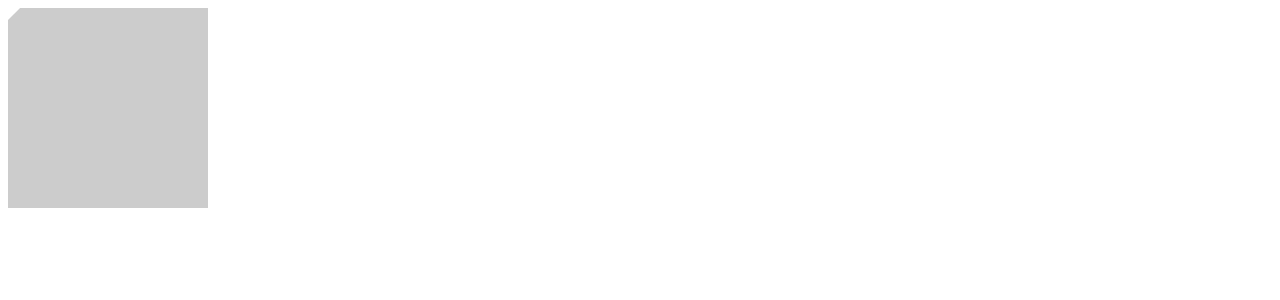
Repository: yaoxin1996/All-kinds-of-practice
Page: html/index.html
An editor plug-in stored every save of this project. The page is shown before and after the next save, followed by the edit.
The browser window is 1280 px wide. The pictures show the whole page.

Above is the page before, as saved 2022-05-22 10:03:50.

### html/index.html
<!DOCTYPE html>
<html lang="en">
<head>
  <meta charset="UTF-8">
  <meta http-equiv="X-UA-Compatible" content="IE=edge">
  <meta name="viewport" content="width=device-width, initial-scale=1.0">
  <title>Document</title>
</head>
<style>
  .box {

  }
  .inner {
    width: 200px;
    height: 200px;
    background: #ccc;
    position: relative;
  }
  .inner::after {
    content: '';
    width: 10px;
    height: 300px;
    transform: rotate(45deg);
    background-color: #fff;
    position: absolute;
    top: -100px;
    left: -50px;
  }
  .box:hover .inner::after{
    left: 200px;
  }

</style>
<body>
  <div class="box">
    <div class="inner"></div>
  </div>
</body>
</html>

After the next save:
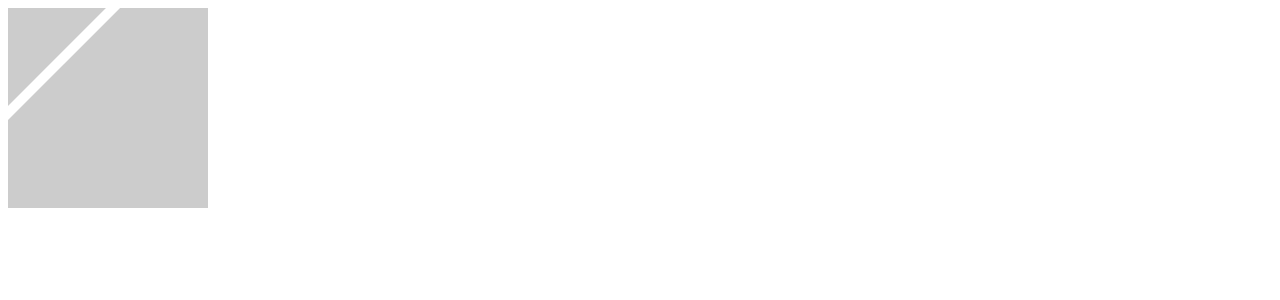
Saved 8 s later.
--- a/html/index.html
+++ b/html/index.html
@@ -19,7 +19,7 @@
   .inner::after {
     content: '';
     width: 10px;
-    height: 300px;
+    height: 500px;
     transform: rotate(45deg);
     background-color: #fff;
     position: absolute;
